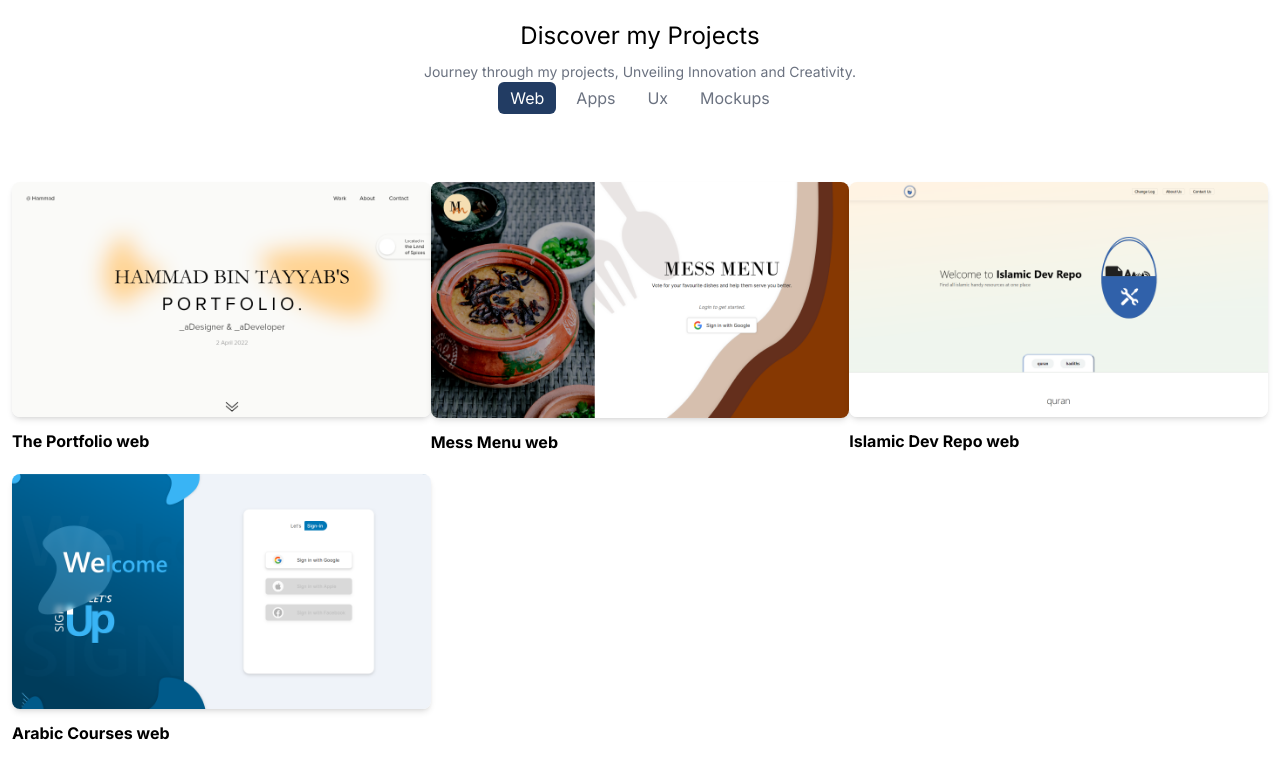
Repository: SpicierEwe/my_portfolio_v2
Page: /
The author's editor kept a copy of each file at every save. The page is drawn from the files as they stood at one save, then again after a run of saves.
The browser window is 1280 px wide. The pictures show the whole page.
The project was rebuilt for these pictures with package versions that can differ from the ones it lists, and the page was loaded fresh each time. The framework's server and built-in components were replaced by stand-ins that run in the browser. Also part of the build but not shown: next.config.js, core/utils/customIcons.js, core/utils/utils.tsx, core/db/sub_db_data/ux_db.js.

Above is the page before, as saved 2024-04-22 11:08:22.

### app/page.tsx
import DevicePreview from "@/Components/Device_preview/device_preview";
import HeroSection from "@/Components/Hero_section/hero_section";
import WorkSection from "@/Components/Work_section/work_section";
import Image from "next/image";

export default function Home() {
  return (
    <main>
      {/* <div className="absolute z-30 overflow-hidden bottom-0 ">
        <DevicePreview  />
      </div> */}
      {/* <div className="overflow-hidden">
        <HeroSection />
      </div> */}

      <WorkSection />
    </main>
  );
}

### app/globals.css
@layer base {

  @font-face {
    font-family: 'Garamond';
    src: url('../public/fonts/EBGaramond-VariableFont_wght.ttf');

  }

  @font-face {
    font-family: 'Proxima Nova';
    src: url('../public/fonts/MarkSimonsonProximaNovaRegular.otf');
    font-weight: normal;
    font-style: normal;
  }


  @font-face {
    font-family: "Rage";
    src: url("../public/fonts/rage.ttf");
  }
}

@tailwind base;
@tailwind components;
@tailwind utilities;

:root {
  --foreground-rgb: 0, 0, 0;
  --background-start-rgb: 214, 219, 220;
  --background-end-rgb: 255, 255, 255;

}

@media (prefers-color-scheme: dark) {
  :root {
    --foreground-rgb: 255, 255, 255;
    --background-start-rgb: 0, 0, 0;
    --background-end-rgb: 0, 0, 0;
  }
}

body {

  /* background: #F5F5F5; */
}

### Components/Work_section/work_section.tsx
"use client";

import { db } from "../../core/db/db";
import Image from "next/image";
import Link from "next/link";
import { useState } from "react";

export default function WorkSection() {
  const navItems: string[] = Object.keys(db.portfolioItems);
  const [selectedNavItemIndex, setSelectedNavItemIndex] = useState<number>(0);
  return (
    <section className="">
      {/* header */}
      <header className="flex flex-col items-center pt-5">
        <h2 className="text-center text-2xl">Discover my Projects</h2>
        <p className="text-center text-sm mt-2.5 text-gray-500">
          Journey through my projects, Unveiling Innovation and Creativity.
        </p>
      </header>
      {/* nav */}
      <nav>
        <ul className="flex justify-center mt-6 gap-2 flex-wrap">
          {navItems.map((item, index) => {
            const isSelected: Boolean = selectedNavItemIndex == index;
            return (
              <li
                className={`${
                  isSelected ? "bg-brand-color" : ""
                } px-3 py-1 rounded-md cursor-pointer`}
                onClick={() => setSelectedNavItemIndex(index)}
                key={index}
              >
                <Link
                  href="#"
                  className={`${
                    isSelected ? "text-white" : "text-gray-500"
                  } capitalize`}
                >
                  {item}
                </Link>
              </li>
            );
          })}
        </ul>
      </nav>

      <main>
        {/* projects */}
        <div className="grid grid-cols-1 md:grid-cols-2 lg:grid-cols-3 gap-4 mt-14 px-3 py-3">
          {(db.portfolioItems as any)[navItems[selectedNavItemIndex]].map(
            (item: any, index: number) => {
              const selectedNavItemName: string =
                navItems[selectedNavItemIndex];
              const projectName: string = item["projectName"];
              const imageLink: string = item["imageLink"];
              const tagLine = item["projectTagLine"];
              return (
                <div key={index}>
                  {
                    <Image
                      className="shadow-md rounded-lg"
                      src={imageLink}
                      alt={projectName}
                      height={200}
                      width={200}
                      layout="responsive"
                    ></Image>
                  }
                  <p className="mt-3 ml-1 mb-5 font-bold">
                    {projectName} {selectedNavItemName}
                  </p>
                  <p>{}</p>
                </div>
              );
            }
          )}
        </div>
      </main>
    </section>
  );
}

### core/db/db.js
import { websitesDb } from "./sub_db_data/websites_db";
import { appsDb } from "./sub_db_data/apps_db";
import { uxDb } from "./sub_db_data/ux_db";
import { mockupsDb } from "./sub_db_data/mockups_db";

export const db = {
  portfolioItems: {
    web: websitesDb,
    apps: appsDb,
    ux: uxDb,
    mockups: mockupsDb,
  },
};

### core/db/sub_db_data/websites_db.js
import { embedCustomLinks } from "../../utils/utils";

export const websitesDb = [
  {
    projectName: "The Portfolio",
    projectId: "e2f9658b-f9bb-4d2c-ac8c-113a56d9204f",
    projectTagLine: "A Thoughtfully Curated Portfolio of Elegant Creations",
    link: "https://hammadtayyab.vercel.app/",
    imageLink: "/images/websites/my_portfolio.png",
    info: "This portfolio project showcases a minimalist design, highlighting my work and skills with clarity and finesse. The aim was to provide a seamless user experience and intuitive navigation, creating a comprehensive and sophisticated display of my professional journey.",
    roles: [
      "Data Analyst",
      "Designer",
      "Developer",
      "Maintainer",
      "Product Manager",
      "Tester/Quality Assurance",
      "Researcher",
      "DevOps Engineer",
      "Technical Writer",
      "Project Manager",
    ],
    techStack: [
      "NextJs",
      "React",
      "TypeScript",
      "TailwindCSS",
      "HTML",
      "CSS",
      "JavaScript",
      "Git",
      "Vercel",
    ],
  },
  {
    projectId: "566ec8d6-4d5d-4f22-9580-2c574f7122fb",
    projectName: "Mess Menu",
    projectTagLine: "Simplifying Hostel Dining with a Digital Menu System",
    link: "https://messmenu.vercel.app/",
    imageLink: "/images/websites/mess_menu.png",
    info: "This project streamlines the process of hostel dining by offering a digital menu system for students. Monthly menus are curated through community voting, allowing students to have a say in their dining options. Originating from a friend's final year project, the focus was on user-centric design and functionality, ensuring a seamless experience for all users.",
    roles: [
      "Data Analyst",
      "Designer",
      "Developer",
      "Maintainer",
      "Product Manager",
      "Tester/Quality Assurance",
      "Researcher",
      "DevOps Engineer",
      "Technical Writer",
      "Project Manager",
    ],
    techStack: [
      "NextJs",
      "React",
      "HTML",
      "CSS",
      "JavaScript",
      "Git",
      "Vercel",
      "Firebase",
      "Firebase Auth",
    ],
  },
  {
    projectId: "e3a52953-0a4d-43c3-b874-bd55925f6a7e",
    projectName: "Islamic Dev Repo",
    projectTagLine: "A Repository of Authentic Islamic Data for Developers",
    link: "https://islamic-dev-repo.vercel.app/",
    imageLink: "/images/websites/islamic_dev_repo.png",
    info: "This project offers developers a curated repository of reliable Islamic data that can be seamlessly integrated into various applications. With a focus on authenticity and compatibility across multiple devices, this repository provides a trustworthy source of information for developers working on Islamic-related projects.",
    roles: [
      "Data Analyst",
      "Designer",
      "Developer",
      "Maintainer",
      "Product Manager",
      "Tester/Quality Assurance",
      "Researcher",
      "DevOps Engineer",
      "Technical Writer",
      "Project Manager",
    ],
    techStack: [
      "NextJs",
      "React",
      "HTML",
      "CSS",
      "JavaScript",
      "Git",
      "Vercel",
      "Python",
    ],
  },
  {
    projectId: "87693335-b9d6-434c-8428-5d8266482050",
    projectName: "Arabic Courses",
    projectTagLine:
      "A Platform for Streaming the Best Madina Arabic Course Online",
    link: "https://arabiccourses.vercel.app/",
    imageLink: "/images/websites/arabic_courses.png",
    info: `The goal of this project was to establish an online platform for the popular Madina Arabic course, allowing users to stream videos from the cloud and track their progress. Initially, the videos were only available for download, but this platform offers a more convenient streaming experience. You can learn more about the course at ${embedCustomLinks(
      {
        link: "https://abdurrahman.org/arabic-learning/dvds/",
        title: "AbdurRahman.Org",
      }
    )}. Arabic Courses enhances accessibility and convenience for users, making the learning process smoother and more enjoyable.`,
    roles: [
      "Data Analyst",
      "Designer",
      "Developer",
      "Maintainer",
      "Product Manager",
      "Tester/Quality Assurance",
      "Researcher",
      "DevOps Engineer",
      "Technical Writer",
      "Project Manager",
    ],
    techStack: [
      "NextJs",
      "React",
      "HTML",
      "CSS",
      "JavaScript",
      "Git",
      "Vercel",
      "Firebase",
      "Firebase Auth",
    ],
  },
];

### core/db/sub_db_data/apps_db.js
import { embedCustomLinks } from "../../utils/utils";

export const appsDb = [
  {
    projectId: "38384ae3-5586-40be-b025-c9c3ad1094ef",
    projectName: "al Qur'an",
    projectTagLine: "All about the Qur'an in one app.",

    link: "https://play.google.com/store/apps/details?id=com.spicierewe.al_quran",

    imageLink: "/images/apps/al_quran.png",

    info: `The "al Qur'an" app offers a comprehensive experience of the Qur'an for users around the world. It includes a wide range of translations in various languages, tafseer (exegesis), access to over 49 reciters and translators, and much more. All data is sourced from the reliable platform ${embedCustomLinks(
      { link: "https://quran.com", title: "quran.com" }
    )}.`,

    roles: [
      "Data Analyst",
      "Designer",
      "Developer",
      "Maintainer",
      "Product Manager",
      "Tester/Quality Assurance",
      "Researcher",
      "DevOps Engineer",
      "Technical Writer",
      "Project Manager",
    ],

    techStack: ["Flutter", "Dart", "Git", "Adobe XD"],

    platforms: ["Android"],
  },
  {
    projectId: "1eeb435f-acbd-41e8-b826-440959bb6a57",
    projectName: "Riddle Me",
    projectTagLine: "Riddle Me: Unraveling Minds, One Clue at a Time!",

    link: "https://play.google.com/store/apps/details?id=com.spicierewe.RiddleMe",

    imageLink: "/images/apps/riddle_me.png",

    info: "Riddle Me is an engaging and challenging game designed to test your intelligence and problem-solving skills. This game stimulates creative thinking and encourages you to approach problems from different perspectives.",

    roles: [
      "Data Analyst",
      "Designer",
      "Developer",
      "Maintainer",
      "Product Manager",
      "Tester/Quality Assurance",
      "Researcher",
      "DevOps Engineer",
      "Technical Writer",
      "Project Manager",
    ],

    techStack: ["Flutter", "Dart", "Git", "Adobe XD"],

    platforms: ["Android"],
  },
  {
    projectId: "2ae7005c-16e2-4fe5-b7b0-20f5f826321e",
    projectName: "Food Deals",
    projectTagLine: "Find the best food deals at your fingertips.",

    link: "https://play.google.com/store/apps/details?id=com.spicierewe.food_deals",

    imageLink: "/images/apps/food_deals.png",

    info: "Food Deals is an app that helps users discover the best offers and discounts on their favorite food delivery services. Save money and enjoy your favorite meals by comparing prices across different platforms.",

    roles: [
      "Data Analyst",
      "Designer",
      "Developer",
      "Maintainer",
      "Product Manager",
      "Tester/Quality Assurance",
      "Researcher",
      "DevOps Engineer",
      "Technical Writer",
      "Project Manager",
    ],

    techStack: ["Flutter", "Dart", "Git", "Adobe XD"],

    platforms: ["Android"],
  },
  {
    projectId: "627de94f-59b4-4f85-bcf4-df6fbf22714e",
    projectName: "Hadith Collection",
    projectTagLine: "Access authentic hadiths of the Prophet Muhammad (pbuh).",

    link: "https://play.google.com/store/apps/details?id=com.spicierewe.ahadith_collection",

    imageLink: "/images/apps/ahadith_collection.png",

    info: `The "Hadith Collection" app provides a comprehensive and authentic collection of hadiths of the Prophet Muhammad (pbuh). It includes data from various reputable sources such as ${embedCustomLinks(
      { link: "https://sunnah.com", title: "sunnah.com" }
    )} for Arabic and English, and ${embedCustomLinks({
      link: "https://github.com/pakjiddat/islam-companion-web-api",
      title: "islam-companion-web-api",
    })} for Urdu data.`,

    roles: [
      "Data Analyst",
      "Designer",
      "Developer",
      "Maintainer",
      "Product Manager",
      "Tester/Quality Assurance",
      "Researcher",
      "DevOps Engineer",
      "Technical Writer",
      "Project Manager",
    ],

    techStack: ["Flutter", "Dart", "Git", "Adobe XD"],

    platforms: ["Android"],
  },
  {
    projectId: "7468bdef-5b24-454e-ae99-dd0a558441d7",
    projectName: "Study Practice",
    projectTagLine: "Practice makes perfect.",

    link: "https://play.google.com/store/apps/details?id=com.spicierewe.study_practice",

    imageLink: "/images/apps/study_practice.png",

    info: "Study Practice is a study companion app designed to help students prepare for competitive exams such as NEET and JEE. The app offers past exam questions, mock tests, and real-time progress tracking along with official study material.",

    roles: [
      "Data Analyst",
      "Designer",
      "Developer",
      "Maintainer",
      "Product Manager",
      "Tester/Quality Assurance",
      "Researcher",
      "DevOps Engineer",
      "Technical Writer",
      "Project Manager",
    ],

    techStack: ["Flutter", "Dart", "Git", "Adobe XD"],

    platforms: ["Android"],
  },
];

### core/db/sub_db_data/mockups_db.js
export const mockupsDb = [
  {
    phone_mockup_links: [],
    other_mockup_links: [
      "/images/mockups/eat_healthy_mockup.svg",
      "/images/mockups/bot_mockup_theme_light.svg",
      "/images/mockups/bot_mockup_theme_dark.svg",
      "/images/mockups/the_perfume_lab_price_list.png",
      "/images/mockups/noraty_business_hero_section.svg",
      "/images/mockups/gr_showcase.png",
      "/images/mockups/just_moved_showcase.png",
      "/images/mockups/archer_product_design.png",
      "/images/mockups/the_connection_poster.png",
      "/images/mockups/social_flow_flyer.png",
      "/images/mockups/LVD_roll_up_banner.png",
      "/images/mockups/ATS_flyer.png",
    ],
  },
];

### tailwind.config.js
const { reverse } = require("dns");
const defaultTheme = require("tailwindcss/defaultTheme");

/** @type {import('tailwindcss').Config} */
module.exports = {
  content: [
    "./pages/**/*.{js,ts,jsx,tsx,mdx}",
    "./components/**/*.{js,ts,jsx,tsx,mdx}",
    "./app/**/*.{js,ts,jsx,tsx,mdx}",
    "./core/**/*.{js,ts,jsx,tsx,mdx}",
  ],
  theme: {
    extend: {
      screens: { xs: { max: "640px" } },

      maxWidth: {
        "120rem": "120rem",
      },

      backgroundImage: {
        "gradient-radial": "radial-gradient(var(--tw-gradient-stops))",
        "gradient-conic":
          "conic-gradient(from 180deg at 50% 50%, var(--tw-gradient-stops))",
      },

      colors: {
        "brand-color": "#223c63",
        "primary-color": "#ffffff",
        "secondary-color": "#00A699",
        "accent-color": "#779ace",
      },

      keyframes: {
        wiggle: {
          "0%, 100%": { transform: "rotate(-3deg)" },
          "50%": { transform: "rotate(3deg)" },
        },

        levitate: {
          "0%": { transform: "translateY(50px)" },
          "50%": { transform: "translateY(-30px)  scale(1.1)" },
          "100%": { transform: "translateY(50px)" },
        },
        levitate_reverse: {
          "0%": { transform: "translateY(-90px)" },
          "50%": { transform: "translateY(30px)  scale(1.1)" },
          "100%": { transform: "translateY(-90px)" },
        },
      },

      animation: {
        "spin-slow": "spin 3s linear infinite",
        wiggle: "wiggle 1s ease-in-out infinite",
        levitate: "levitate 5s ease-in-out infinite",
        levitate_reverse: "levitate_reverse 5s ease-in-out infinite reverse",
      },

      fontFamily: {
        garmond: ["Garmond", ...defaultTheme.fontFamily.serif],
        custom_sans: ["Proxima Nova", ...defaultTheme.fontFamily.sans],
      },

      height: {
        dvh: "100dvh",
      },
    },
  },

  variants: {
    backgroundColor: ["responsive", "hover", "focus", "active"],
  },

  plugins: [],
};

Loaded but not shown: app/layout.tsx (common file)

After the next 2 saves:
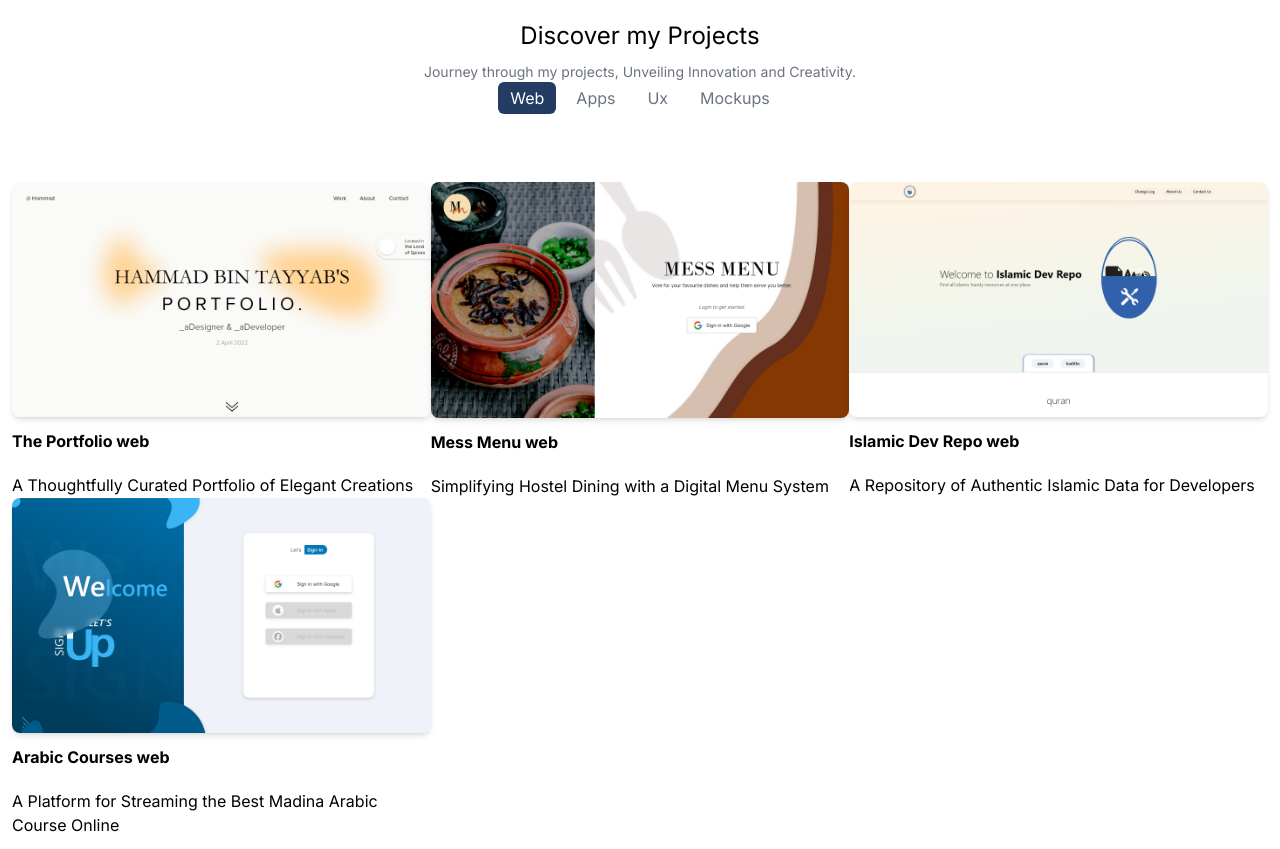
The 2 saves are shown as one change because 1 did not build or start.
The last was saved 12 s later.
--- a/Components/Work_section/work_section.tsx
+++ b/Components/Work_section/work_section.tsx
@@ -69,7 +69,7 @@ export default function WorkSection() {
                   <p className="mt-3 ml-1 mb-5 font-bold">
                     {projectName} {selectedNavItemName}
                   </p>
-                  <p>{}</p>
+                  <p>{tagLine}</p>
                 </div>
               );
             }
